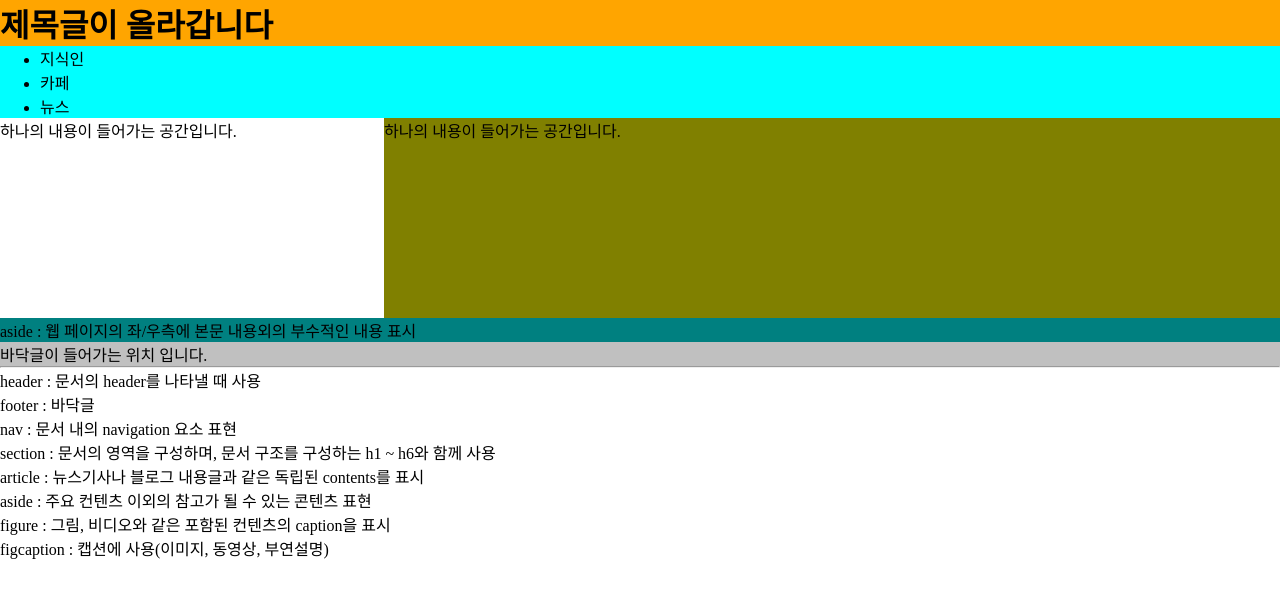
Repository: thswlsqls/JspWorkspace
Page: html/ex03.html
The author's editor kept a copy of each file at every save. The page is drawn from the files as they stood at one save, then again after the next save.
The browser window is 1280 px wide. The pictures show the whole page.

Above is the page before, as saved 2021-04-12 10:35:52.

### html/ex03.html
<!DOCTYPE html>
<html>
<head>
<meta charset="UTF-8">
<title>Insert title here</title>
</head>

<style type="text/css">
	* { margin: 0;}
</style>

<body>
	<header style="background-color: orange;">
		<h1>제목글이 올라갑니다</h1>
	</header>
	<nav style="background-color: aqua;">
		<ul>
			<li>지식인</li><li>카페</li><li>뉴스</li>
		</ul>
	</nav>
	<section style="display: flex;">
		<article style="width:30%; height:200px; background-color: puprle;">하나의 내용이 들어가는 공간입니다.</article>
		<article style="width:70%; height:200px; background-color: olive;">하나의 내용이 들어가는 공간입니다.</article>
	</section>
	<aside style="background-color: teal">
		aside : 웹 페이지의 좌/우측에 본문 내용외의 부수적인 내용 표시
	</aside>
	<footer style="background-color: silver">
		바닥글이 들어가는 위치 입니다.
	</footer>
	<hr>
	header : 문서의 header를 나타낼 때 사용<br>
	footer : 바닥글<br>
	nav : 문서 내의 navigation 요소 표현<br>
	section : 문서의 영역을 구성하며, 문서 구조를 구성하는 h1 ~ h6와 함께 사용<br>
	article : 뉴스기사나 블로그 내용글과 같은 독립된 contents를 표시<br>
	aside : 주요 컨텐츠 이외의 참고가 될 수 있는 콘텐츠 표현<br>
	figure : 그림, 비디오와 같은 포함된 컨텐츠의 caption을 표시<br>
	figcaption : 캡션에 사용(이미지, 동영상, 부연설명)
</body>
</html>

After the next save:
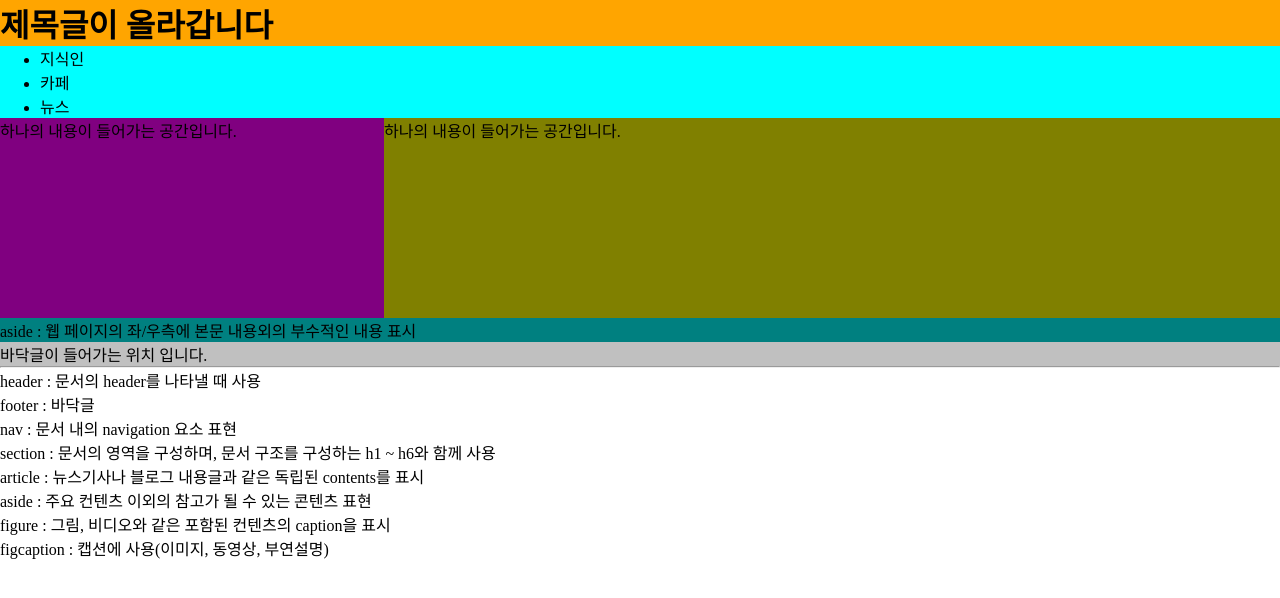
Saved 27 s later.
--- a/html/ex03.html
+++ b/html/ex03.html
@@ -19,7 +19,7 @@
 		</ul>
 	</nav>
 	<section style="display: flex;">
-		<article style="width:30%; height:200px; background-color: puprle;">하나의 내용이 들어가는 공간입니다.</article>
+		<article style="width:30%; height:200px; background-color: purple;">하나의 내용이 들어가는 공간입니다.</article>
 		<article style="width:70%; height:200px; background-color: olive;">하나의 내용이 들어가는 공간입니다.</article>
 	</section>
 	<aside style="background-color: teal">
